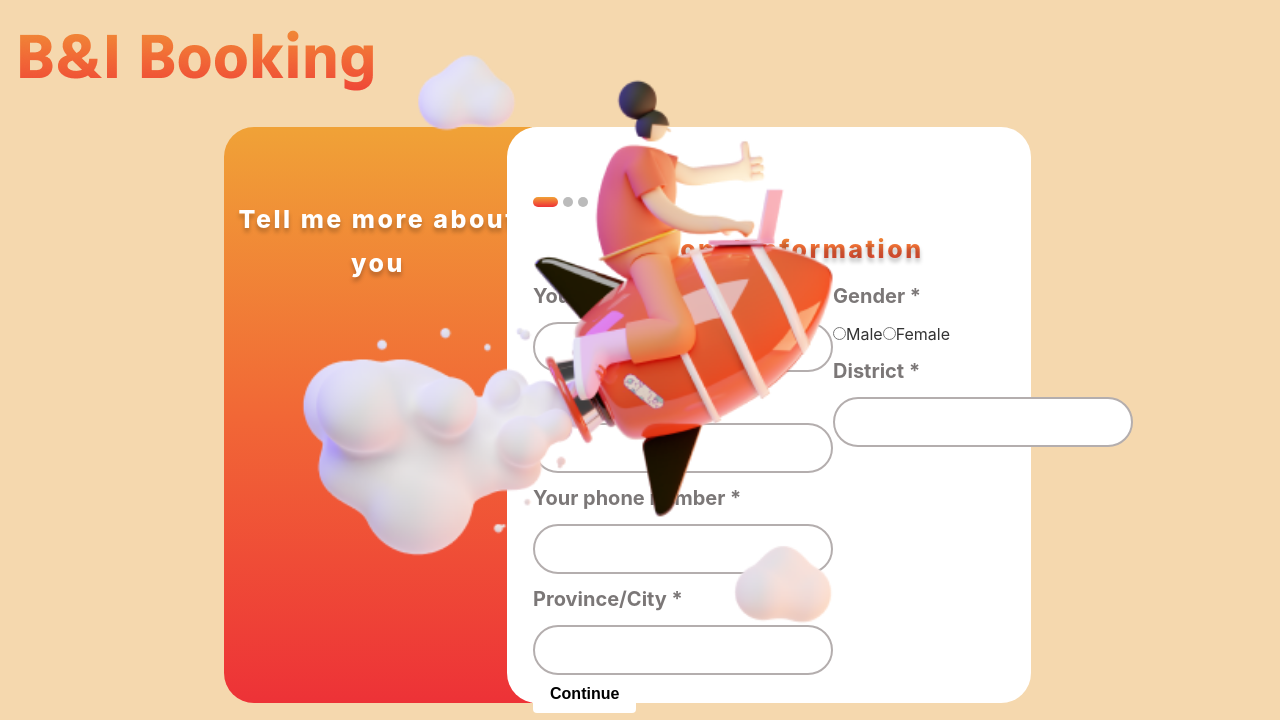
Repository: Grand-Line-PNV/FE-BIBooking
Page: /
The author's editor kept a copy of each file at every save. The page is drawn from the files as they stood at one save, then again after the next save.
The browser window is 1280 px wide. The pictures show the whole page.
The project was rebuilt for these pictures with package versions that can differ from the ones it lists, and the page was loaded fresh each time. Also part of the build but not shown: src/App.css.

Above is the page before, as saved 2023-02-06 09:33:24.

After the next save:
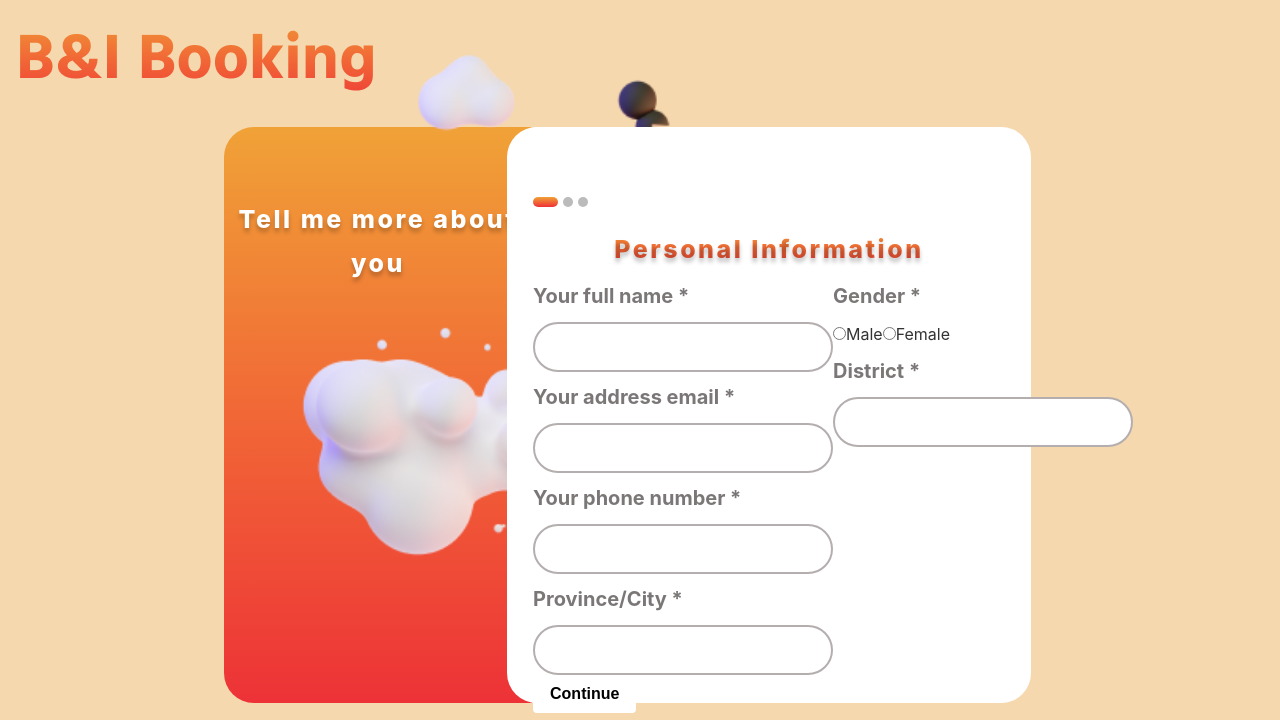
Saved 87 s later.
--- a/src/view/pages/Influencers/PersonalInformation/PersonalInformation.module.scss
+++ b/src/view/pages/Influencers/PersonalInformation/PersonalInformation.module.scss
@@ -46,7 +46,7 @@
           width: 67rem;
           object-fit: cover;
           position: absolute;
-          z-index: 1;
+          z-index: 0;
           bottom: 0;
           left: 0;
           transform: translateX(-60px);
